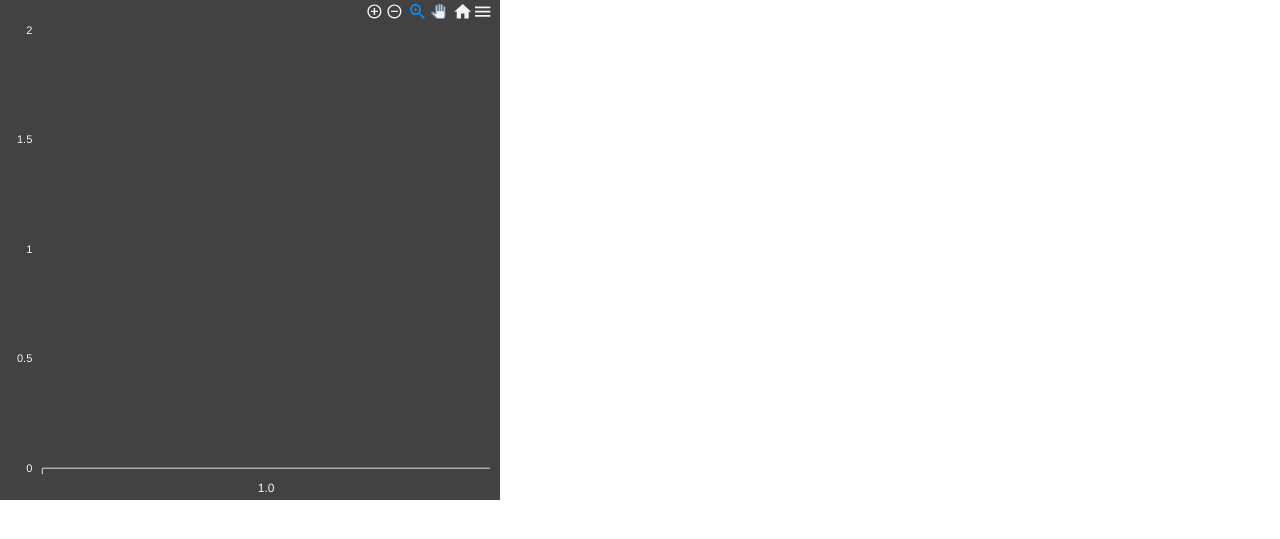
Repository: wanted-pre-onboarding-internship-1team/pre-onboarding-9th-3-1
Page: /
An editor plug-in stored every save of this project. The page is shown before and after a run of saves, followed by the edit.
The browser window is 1280 px wide. The pictures show the whole page.
The project was rebuilt for these pictures with package versions that can differ from the ones it lists, and the page was loaded fresh each time.

Above is the page before, as saved 2023-03-15 00:53:53.

After the next 2 saves:
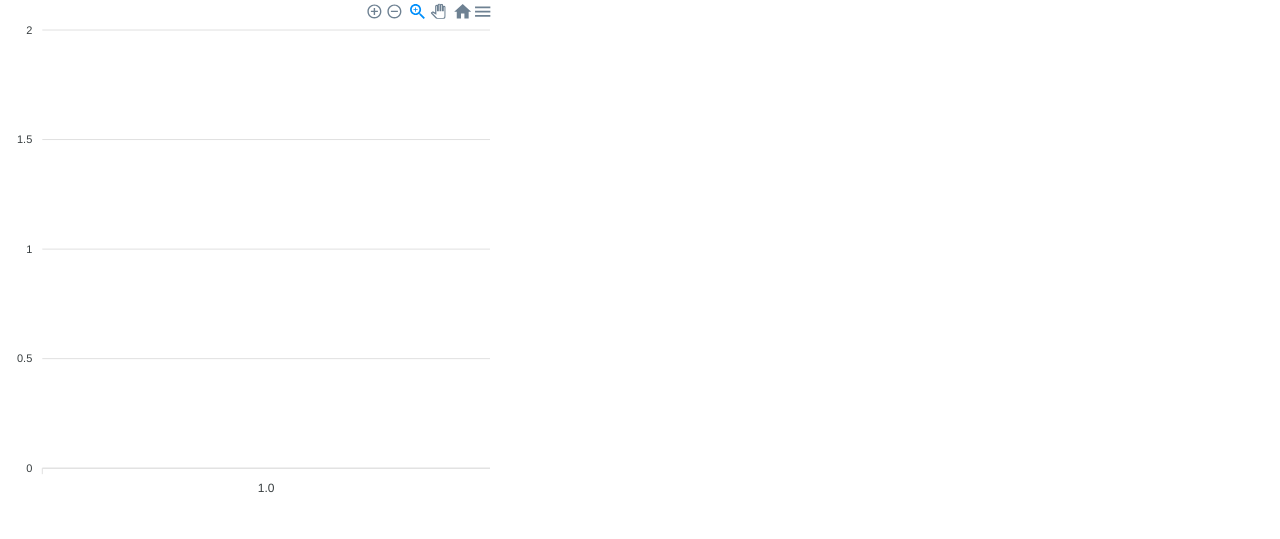
The 2 saves are shown as one change because they came seconds apart.
The last was saved 71 s later.
--- a/src/pages/Mainpage.tsx
+++ b/src/pages/Mainpage.tsx
@@ -26,15 +26,6 @@ export default function Mainpage() {
           },
         ]}
         options={{
-          theme: {
-            mode: 'dark',
-          },
-
-          grid: { show: false },
-          stroke: {
-            curve: 'smooth',
-            width: 5,
-          },
           xaxis: {
             type: 'numeric',
           },
